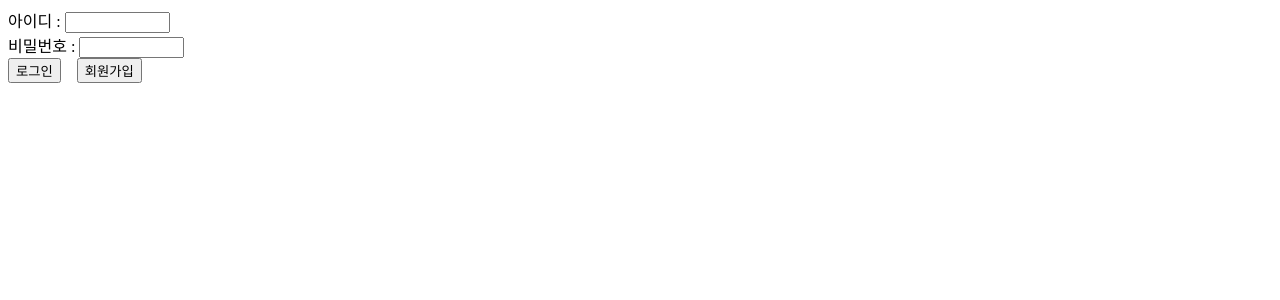
Repository: SeungMok/login_practice
Page: http://localhost/Login_practice/login.jsp
These files come from the project's save history. The page is drawn as it stood at one moment and after the next save; the edit follows.
The browser window is 1280 px wide. The pictures show the whole page.
The page is served by Tomcat 9. Other server files are loaded and not shown.

Above is the page before, as saved 2020-03-23 11:30:47.

### Login_practice/WebContent/login.jsp
<%@ page language="java" contentType="text/html; charset=EUC-KR"
    pageEncoding="EUC-KR"%>
<!DOCTYPE html>
<html>
<head>
<meta charset="EUC-KR">
<title>Insert title here</title>
</head>
<body>
	<form action="loginOk.jsp" method="post">
		아이디 : <input type="text" name="id" value="<%if(session.getAttribute("id")!=null) out.println(session.getAttribute("id")); %>" size=10></br>
		비밀번호 : <input type="password" name="pw" size=10></br>
		<input type="submit" value="로그인"> &nbsp;&nbsp;
		<iuput type="button" value="회원가입" onclick="javascript:window.location='join.jsp'">
		<input type="button" value="회원가입">
	</form>
</body>
</html>

After the next save:
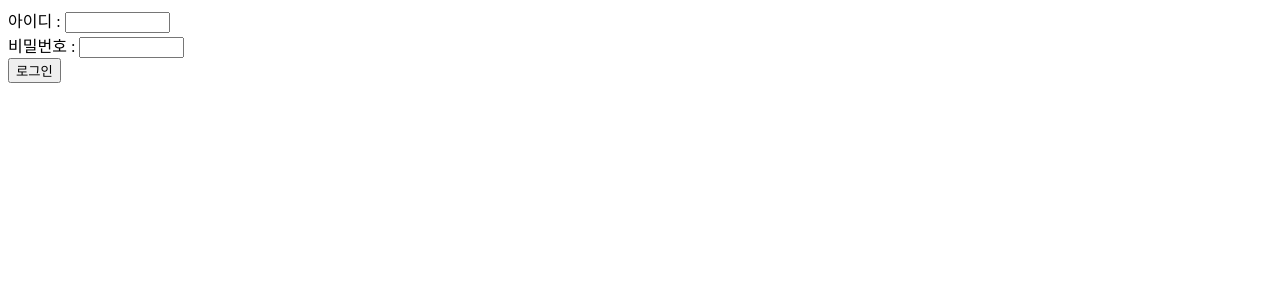
Saved 3 min 1 s later.
--- a/Login_practice/WebContent/login.jsp
+++ b/Login_practice/WebContent/login.jsp
@@ -10,9 +10,7 @@
 	<form action="loginOk.jsp" method="post">
 		아이디 : <input type="text" name="id" value="<%if(session.getAttribute("id")!=null) out.println(session.getAttribute("id")); %>" size=10></br>
 		비밀번호 : <input type="password" name="pw" size=10></br>
-		<input type="submit" value="로그인"> &nbsp;&nbsp;
-		<iuput type="button" value="회원가입" onclick="javascript:window.location='join.jsp'">
-		<input type="button" value="회원가입">
+		<input type="submit" value="로그인"> &nbsp;&nbsp;	<iuput type="button" value="회원가입" onclick="javascript:window.location='join.jsp'">
 	</form>
 </body>
 </html>

After the save that followed:
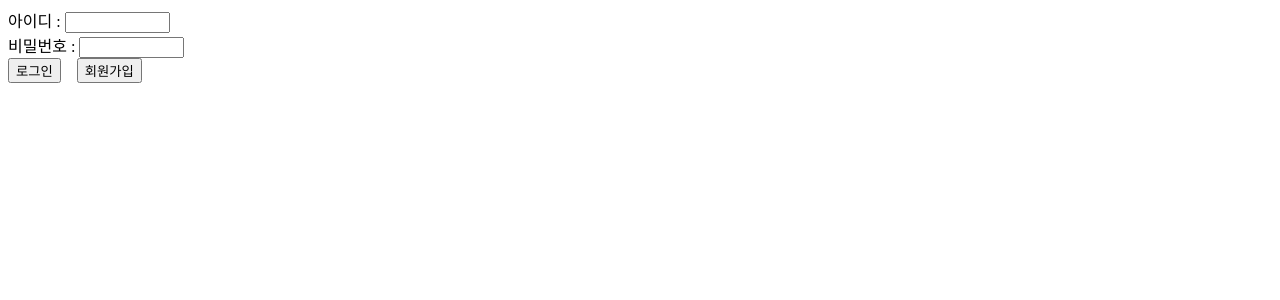
Saved 20 s later.
--- a/Login_practice/WebContent/login.jsp
+++ b/Login_practice/WebContent/login.jsp
@@ -10,7 +10,9 @@
 	<form action="loginOk.jsp" method="post">
 		아이디 : <input type="text" name="id" value="<%if(session.getAttribute("id")!=null) out.println(session.getAttribute("id")); %>" size=10></br>
 		비밀번호 : <input type="password" name="pw" size=10></br>
-		<input type="submit" value="로그인"> &nbsp;&nbsp;	<iuput type="button" value="회원가입" onclick="javascript:window.location='join.jsp'">
+		<input type="submit" value="로그인"> &nbsp;&nbsp;
+		<iuput type="button" value="회원가입" onclick="javascript:window.location='join.jsp'">
+		<input type="button" value="회원가입">
 	</form>
 </body>
 </html>
